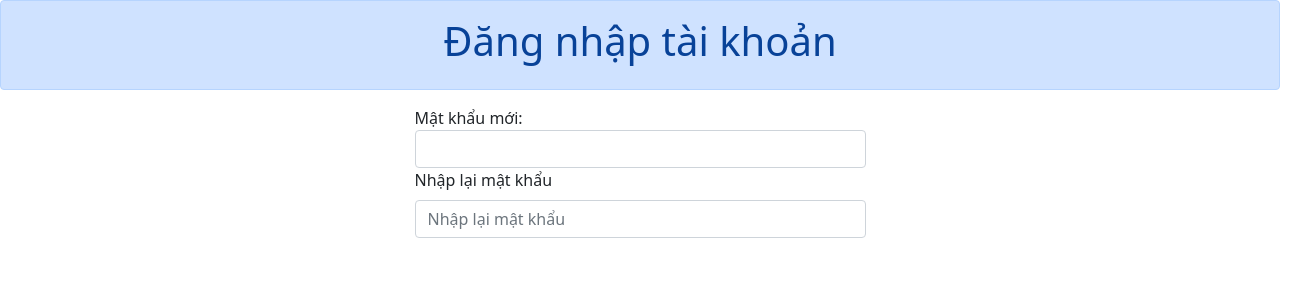
Repository: NguyenNgocThaoo/Nguyen-Ngoc-Thao-22133051
Page: http://localhost/HelloWorld/views/update-password.jsp
An editor plug-in stored every save of this project. The page is shown before and after the next save, followed by the edit.
The browser window is 1280 px wide. The page is 1292 px wide, so the pictures cover 1292 px, including what lies to the right of the window. The pictures show the whole page.
The page is served by Tomcat 10. Nobody is signed in. The application's start-up code is not run.

Above is the page before, as saved 2024-09-19 13:44:54.

After the next save:
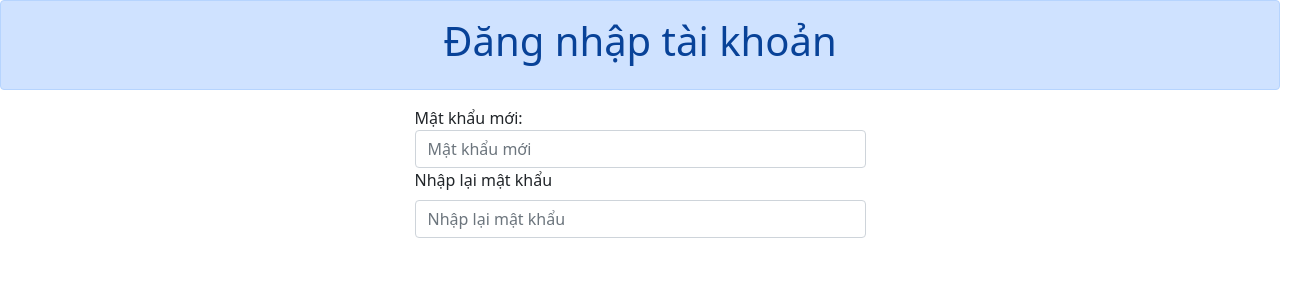
Saved 51 s later.
--- a/HelloWorld/src/main/webapp/views/update-password.jsp
+++ b/HelloWorld/src/main/webapp/views/update-password.jsp
@@ -26,7 +26,8 @@ bootstrap.min.css"
 				<form action="/Helloworld/login" method="post">
 					<div class="form-group">
 						<label for="password">Mật khẩu mới: </label> <input type="password"
-							id="password" name="password" class="form-control" />
+							id="password" name="password" class="form-control"
+							placeholder="Mật khẩu mới" required>
 					</div>
 					<div class="mb-3">
 								<label for="confirmPassword" class="form-label">Nhập lại
